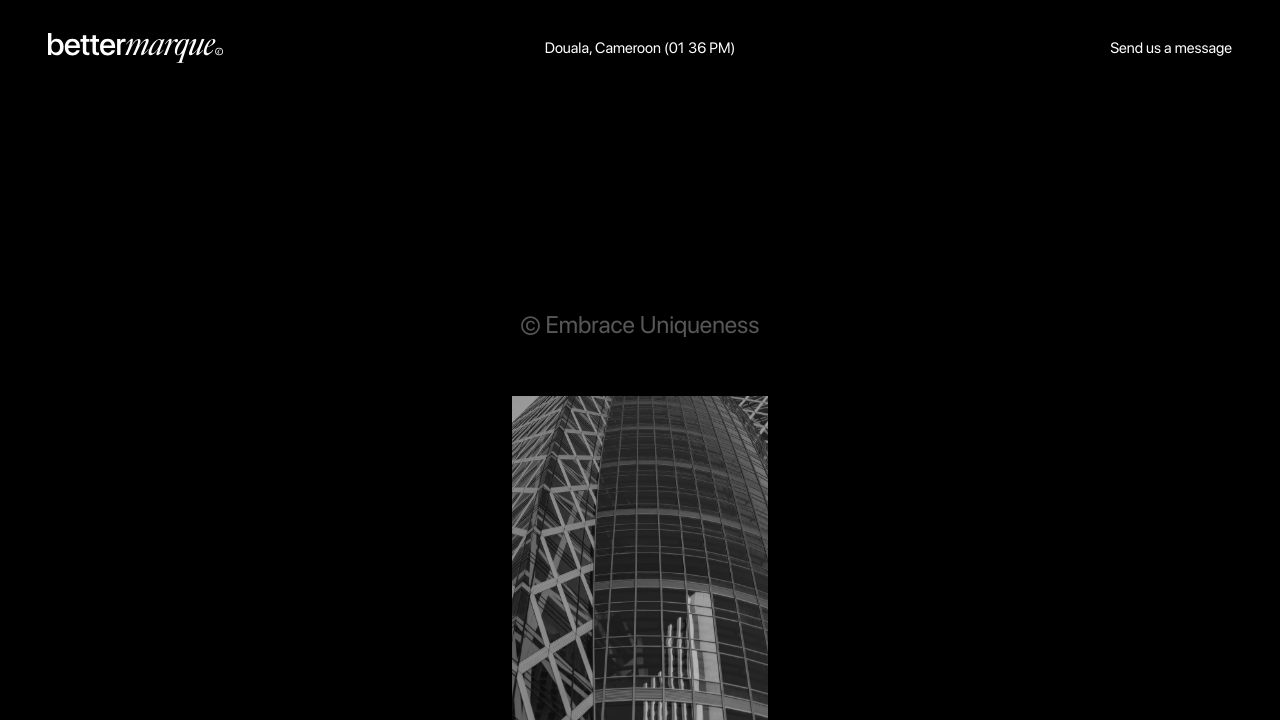
Repository: leswisss/comingsoon
Page: /
An editor plug-in stored every save of this project. The page is shown before and after the next save, followed by the edit.
The browser window is 1280 px wide. The pictures show the whole page.
The project was rebuilt for these pictures with package versions that can differ from the ones it lists, and the page was loaded fresh each time. The framework's server and built-in components were replaced by stand-ins that run in the browser. Also part of the build but not shown: next.config.mjs.

Above is the page before, as saved 2024-06-18 13:49:30.

### app/layout.tsx
import type { Metadata } from "next";
import localFont from "next/font/local";
import "../styles/globals.scss";

const regular = localFont({
  src: "./SF-Pro-Display-Regular.woff",
  display: "swap",
  variable: "--regular-font",
});

const medium = localFont({
  src: "./SF-Pro-Display-Medium.woff",
  display: "swap",
  variable: "--medium-font",
});

const semibold = localFont({
  src: "./SF-Pro-Display-Semibold.woff",
  display: "swap",
  variable: "--semibold-font",
});

const italic = localFont({
  src: "./BigCaslonFB-Italic.woff",
  display: "swap",
  variable: "--italic-font",
});

export const metadata: Metadata = {
  title: "Better Marque - Branding Agency",
  description: "Generated by create next app",
};

export default function RootLayout({
  children,
}: Readonly<{
  children: React.ReactNode;
}>) {
  return (
    <html lang="en">
      <body
        className={`${italic.variable} ${regular.variable} ${medium.variable} ${semibold.variable}`}
      >
        {children}
      </body>
    </html>
  );
}

### app/page.tsx
import { HomePageWrapper } from "@/components";

export default function Home() {
  return (
    <main>
      <HomePageWrapper/>
    </main>
  );
}

### styles/globals.scss
/*=============== VARIABLES SCSS ===============*/
:root {
  --header-height: 6rem;
  --white: white;
  --black: black;
  --grey: #535353;


  /*========== Font and typography ==========*/
  /*.5rem = 8px | 1rem = 16px ...*/
  // --body-font: 'Montserrat', sans-serif;

  --h1-font-size: 3rem;
  --h2-font-size: 2rem;
  --normal-font-size: 1rem;
  --small-font-size: .94rem;
}

/* Responsive typography */
@media screen and (max-width: 1088px) {
  :root {
    --h1-font-size: 2.75rem;
    --h2-font-size: 1.8rem;
    --normal-font-size: 0.96rem;
    --small-font-size: .90rem;
  }
}

@media screen and (max-width: 628px) {
  :root {
    --h1-font-size: 2.5rem;
    --h2-font-size: 1.5rem;
    --normal-font-size: 0.92rem;
    --small-font-size: 0.85rem;
  }
}

/*=============== BASE ===============*/
* {
  box-sizing: border-box;
  padding: 0;
  margin: 0;
  scrollbar-width: none;

  &::-webkit-scrollbar{
    display: none;
  }

}

html {
  scroll-behavior: auto;
  height: auto;
}

body{
  font-family: var(--regular-font);
  font-size: var(--normal-font-size);
  background-color: black;
  color: var(--white);
}


ul {
  list-style: none;
}

a {
  text-decoration: none;
}

img {
  max-width: 100%;
  height: auto;
}


/*=============== REUSABLE CSS CLASSES ===============*/
.container {
  max-width: 1450px;
  margin: 0 auto;
}

.main {
  overflow: hidden;
}


@media screen and (max-width: 1450px) {
  .container {
    max-width: 100%;
    margin: 0 3rem;
  }
}


@media screen and (max-width: 1088px) {
  .container {
    max-width: 100%;
    margin: 0 2rem;
  }
}


@media screen and (max-width: 628px) {
  .container {
    max-width: 100%;
    margin: 0 1rem;
  }
}

### components/index.tsx
import HomePageWrapper from "./HomePageWrapper";
import HeroSection from "./HeroSection";

export {
  HomePageWrapper,
  HeroSection
}

### components/HomePageWrapper.tsx
"use client";

import React, {useState} from 'react'
import HeroSection from './HeroSection'
import Navigation from './Navigation'

const HomePageWrapper = () => {
  const [imageLoaded, setImageLoaded] = useState(false);
  return (
    <>
    <Navigation imageLoaded={imageLoaded}/>
    <HeroSection imageLoaded={imageLoaded} setImageLoaded={setImageLoaded}/>
    </>
  )
}

export default HomePageWrapper

### components/HeroSection.tsx
"use client";

import React, { useRef } from "react";
import Marquee from "./Marquee";
import gsap from "gsap";
import { useGSAP } from "@gsap/react";
import Image from "next/image";
import IMAGE from "../public/background.jpg";
import styles from "../styles/hero.module.scss";

const HeroSection = ({
  imageLoaded,
  setImageLoaded,
}: {
  imageLoaded: boolean;
  setImageLoaded: React.Dispatch<React.SetStateAction<boolean>>;
}) => {
  const slogan =
    "Inspired by uniqueness, driven by aesthetics and committed to growth through innovative solutions.";
  const refs = useRef<HTMLSpanElement[]>([]);
  const heroRef = useRef(null);
  const marqueeRef = useRef(null);
  const clipRef = useRef(null);
  const sloganRef = useRef(null);

  //Animations
  useGSAP(() => {
    const tl = gsap.timeline();

    tl.to(clipRef.current, {
      clipPath: "polygon(0% 0%, 100% 0%, 100% 100%, 0% 100%)",
      duration: 3,
      ease: "expo.in"
    })

    .to(clipRef.current, {
      opacity: 0
    })

    .to(heroRef.current, {
      y: "0%",
      duration: 2,
      ease: "expo.inOut",
    })
      .to(
        heroRef.current,
        {
          clipPath: "polygon(0% 0%, 100% 0%, 100% 100%, 0% 100%)",
          duration: 2,
          ease: "expo.inOut",
        },
        ">"
      )
      .to(marqueeRef.current, {
        opacity: 1,
        x: "0%",
        duration: 3,
        ease: "expo.inOut",
      })

      .to(
        refs.current,
        {
          top: "0%",
          stagger: 0.08,
        },
        ">-1"
      );

    if (imageLoaded) {
      tl.play();
    } else {
      tl.pause();
    }
  }, [imageLoaded]);

  const splitwords = () => {
    let body: JSX.Element[] = [];
    slogan.split(" ").forEach((word, i) => {
      const cleanWord = word.replace(/[.,]/g, "");

      if (["uniqueness", "aesthetics", "growth"].includes(cleanWord)) {
        body.push(
          <p
            key={`word-${i}`}
            className={`${styles.word_wrapper} ${styles.italic}`}
          >
            <span
              className={styles.word}
              ref={(el) => {
                if (el) refs.current.push(el);
              }}
            >
              {word}
            </span>
          </p>
        );
      } else {
        body.push(
          <p key={`word-${i}`} className={styles.word_wrapper}>
            <span
              className={styles.word}
              ref={(el) => {
                if (el) refs.current.push(el);
              }}
            >
              {word}
            </span>
          </p>
        );
      }
    });

    return body;
  };

  return (
    <section className={styles.hero}>
      <div className={styles.hero_image} ref={heroRef}>
        <Image
          src={IMAGE}
          fill
          quality={100}
          alt="Better Marque"
          onLoad={() => setImageLoaded(true)}
        />
      </div>
      <div className={styles.text}>{splitwords()}</div>
      <div className={styles.marquee}>
        <div ref={marqueeRef} className={styles.marqueee}>
          <Marquee />
        </div>
      </div>
      <div className={styles.slogan_wrapper} ref={sloganRef}>
        <div className={styles.s_wrap1}>
          <span className={styles.black}>© Embrace Uniqueness</span>
        </div>
        <div className={styles.s_wrap2} ref={clipRef}>
          <span className={styles.white}>© Embrace Uniqueness</span>
        </div>
      </div>
    </section>
  );
};

export default HeroSection;

### components/Navigation.tsx
"use client";

import React, { useState } from "react";
import HoverAnimation from "./HoverAnimation";
import Clock from "./Clock";
import SideBar from "./SideBar";
import Image from "next/image";
import IMAGE from "../public/wordmark.svg";
import styles from "../styles/navigation.module.scss";

const Navigation = ({imageLoaded}: {imageLoaded: boolean}) => {
  const [activeSideBar, setActiveSideBar] = useState(false);

  return (
    <>
      <nav className={styles.navigation} style={{opacity: imageLoaded ? 1 : 0 , transition: "opacity 1s ease", transitionDelay: "4s"}}>
        <div className={`container ${styles.nav_wrapper}`}>
          <div className={styles.logo_wrapper}>
            <div className={styles.image}>
              <Image
                src={IMAGE}
                quality={100}
                fill
                alt="Better Marque Wordmark"
              />
            </div>
          </div>
          <div className={styles.location_wrapper}>
            <Clock />
          </div>
          <div
            className={styles.button}
            onClick={() => {
              setActiveSideBar((value) => !value);
            }}
          >
            <HoverAnimation text="Send us a message"/>
          </div>
        </div>
      </nav>

      <SideBar
        activeSideBar={activeSideBar}
        setActiveSideBar={setActiveSideBar}
      />
    </>
  );
};

export default Navigation;

### components/Marquee.tsx
"use client";

import React, {useRef} from 'react'
import gsap from 'gsap'
import { useGSAP } from '@gsap/react'
import styles from "../styles/marquee.module.scss"

const Marquee = () => {
  const firstRef = useRef(null);
  const secondRef = useRef(null);
  let xPercent = 0;
  let direction = -1

  useGSAP(() => {
    requestAnimationFrame(animation)
  })

  const animation = () => {
    if (xPercent <= -100){
      xPercent = 0;
    }

    if (xPercent > 0){
      xPercent = -100
    }
    gsap.set(firstRef.current, {xPercent: xPercent})
    gsap.set(secondRef.current, {xPercent: xPercent})
    xPercent += 0.03 * direction;
    requestAnimationFrame(animation)
  }

  return (
    <div className={styles.slider}>
      <div className={styles.coming__wrapper} ref ={firstRef}>
        <p className={styles.soon}>© Coming Soon</p>
        <p className={styles.soon}>© Coming Soon</p>
        <p className={styles.soon}>© Coming Soon</p>
        <p className={styles.soon}>© Coming Soon</p>
        <p className={styles.soon}>© Coming Soon</p>
        <p className={styles.soon}>© Coming Soon</p>
        <p className={styles.soon}>© Coming Soon</p>
        <p className={styles.soon}>© Coming Soon</p>
        <p className={styles.soon}>© Coming Soon</p>
        <p className={styles.soon}>© Coming Soon</p>
      </div>
      <div className={styles.coming__wrapper} ref ={secondRef}>
        <p className={styles.soon}>© Coming Soon</p>
        <p className={styles.soon}>© Coming Soon</p>
        <p className={styles.soon}>© Coming Soon</p>
        <p className={styles.soon}>© Coming Soon</p>
        <p className={styles.soon}>© Coming Soon</p>
        <p className={styles.soon}>© Coming Soon</p>
        <p className={styles.soon}>© Coming Soon</p>
        <p className={styles.soon}>© Coming Soon</p>
        <p className={styles.soon}>© Coming Soon</p>
        <p className={styles.soon}>© Coming Soon</p>
      </div>
    </div>
  )
}

export default Marquee

### styles/hero.module.scss
.hero {
  width: 100vw;
  height: 100vh;
  overflow: hidden;
  position: relative;
}

.hero_image {
  width: 100vw;
  height: 100vh;
  position: relative;
  transform: translateY(100%);
  transform-origin: center center;
  clip-path: polygon(40% 55%, 60% 55%, 60% 100%, 40% 100%);

  img {
    object-fit: cover;
    filter: brightness(0.8);
  }
}

.text {
  position: absolute;
  color: white;
  z-index: 1;
  width: max-content;
  height: max-content;
  top: 50%;
  left: 50%;
  transform: translate(-50%, -50%);
  display: flex;
  flex-wrap: wrap;
  width: 55rem;
  text-align: center;
  justify-content: center;
  align-items: center;

  .word_wrapper {
    font-size: var(--h1-font-size);
    overflow: hidden;
    width: auto;
    height: 56.8px;
    padding: 0 0.3rem;

    &.italic {
      font-family: var(--italic-font);
    }

    .word {
      position: relative;
      top: 100%; // What i will be animating with gsap
    }
  }
}

.marquee {
  position: absolute;
  width: 100%;
  height: max-content;
  bottom: 2.5rem;
  left: 0;
  z-index: 1;
  max-width: 2000px;
  overflow: hidden;

  .marqueee {
    position: relative;
    transform: translateX(100%);
    opacity: 0;
  }
}

.slogan_wrapper {
  position: absolute;
  top: 45%;
  left: 50%;
  transform: translate(-50%, -50%);
  color: white;

  .s_wrap1 {
    font-size: calc(var(--h2-font-size) - 0.5rem);
    color: rgb(87, 87, 87);
  }

  .s_wrap2 {
    font-size: calc(var(--h2-font-size) - 0.5rem);
    position: absolute;
    top: 0;
    left: 0;
    // clip-path: polygon(0% 0%, 100% 0%, 100% 100%, 0% 100%);
    clip-path: polygon(0% 100%, 100% 100%, 100% 100%, 0% 100%);
    color: white;
  }
}

### components/HoverAnimation.tsx
import React from 'react'
import styles from "../styles/hover.module.scss"

const HoverAnimation = ({text}: {text: string}) => {
  return (
    <span className={styles.hover}>{text}</span>
  )
}

export default HoverAnimation

### components/Clock.tsx
"use client";

import { useEffect, useState } from "react";
import { format, toZonedTime } from "date-fns-tz";
import styles from "../styles/clock.module.scss";

const Clock = () => {
  const [time, setTime] = useState("");
  const [showColon, setShowColon] = useState(true);

  useEffect(() => {
    const timeZone = "Africa/Abidjan"; //used Abidjan because Douala is 1 hour ahead here and I dont know why

    const updateClock = () => {
      const now = new Date();
      const zonedTime = toZonedTime(now, timeZone);
      const formattedTime = format(zonedTime, "hh:mm a", { timeZone });
      setTime(formattedTime);
    };

    const toggleColon = () => {
      setShowColon((prev) => !prev);
    };

    updateClock();
    const timeIntervalId = setInterval(updateClock, 1000);
    const colonIntervalId = setInterval(toggleColon, 1000);

    return () => {
      clearInterval(timeIntervalId);
      clearInterval(colonIntervalId);
    };
  }, []);

  return (
    <p className={styles.time}>
      Douala, Cameroon ({time.slice(0, 2)}
      <span className={showColon ? "" : styles.blink}>:</span>
      {time.slice(3)})
    </p>
  );
};

export default Clock;

### styles/navigation.module.scss
.navigation{
  width: 100%;
  height: var(--header-height);
  position: fixed;
  top: 0;
  left: 0;
  background-color: transparent;
  z-index: 10;
  font-size: var(--small-font-size);
}

.nav_wrapper{
  height: var(--header-height);
  display: flex;
  justify-content: space-between;
  align-items: center;
  position: relative;

  .logo_wrapper{
    width: 175px;
    aspect-ratio: 200/35.0791;
    overflow: hidden;
    position: relative;

    .image{
      width: 100%;
      height: 100%;
      position: relative;

      img{
        object-fit: cover;
      }
    }

  }

  .location_wrapper{
    position: absolute;
    top: 50%;
    left: 50%;
    transform: translate(-50%, -50%);
  }

  .button{
    cursor: pointer;
  }
}

### styles/marquee.module.scss
.slider{
  position: relative;
  display: flex;
  flex-wrap: nowrap;
}

.coming__wrapper{
  display: flex;
  white-space: nowrap;
  flex-wrap: nowrap;

  .soon{
    margin-right: 5rem;
    font-size: calc(var(--h2-font-size) - 0.6rem);
  }
}

### styles/hover.module.scss
.hover{
  font-size: var(--small-font-size);
  cursor: pointer;
  position: relative;
  width: max-content;
  padding-bottom: 3px;

  &:hover{
    &::after{
      transform: scaleX(1);
      transform-origin: bottom left;
    }
  }

  &::after {
    content: "";
    width: 100%;
    position: absolute;
    height: 1px;
    background-color: #fff;
    transform: scaleX(0);
    transform-origin: bottom right;
    left: 0;
    bottom: 0;
    transition: transform 0.5s cubic-bezier(0.82, 0, 0, 1);
  }
}

### styles/clock.module.scss
/* styles.module.css */
.blink {
  visibility: hidden;
}

.time {
  white-space: nowrap;
}

### animations/index.ts
export const scaleAnimation = {
  initial: { opacity: 0, x: "30%", y: "50%" },

  enter: {
    opacity: 1,
    x: "30%",
    y: "50%",
    transition: { duration: 0.5, ease: [0.7, 0, 0.3, 1] },
  },

  closed: {
    opacity: 0,
    x: "30%",
    y: "50%",
    transition: { duration: 0.5, ease: [0.7, 0, 0.3, 1] },
  },
};

export const opacityAnimation = {
  initial: { opacity: 0 },

  enter: {
    opacity: 1,
    transition: { duration: 1, ease: [0, 0, 1, 1], delay: 1 },
  },

  closed: {
    opacity: 0,
    transition: { duration: 1, ease: [0., 0, 1, 1], delay: 1 },
  },
};

### components/Contacts.tsx
"use client";

import React, { useRef, useState } from "react";
import { motion } from "framer-motion";
import gsap from "gsap";
import { scaleAnimation } from "@/animations";
import { useGSAP } from "@gsap/react";
import TextCopy from "./TextCopy";
import styles from "../styles/contacts.module.scss";

const Contacts = () => {
  const textContent = [
    {
      header: "General Inquiries",
      text: "hello@bettermarque.com",
    },
    {
      header: "Phone",
      text: "00237 654 570 096",
    },
  ];

  const boundaryRef = useRef<HTMLDivElement>(null);
  const [cursor, setCursor] = useState({ active: false, index: -1 });

  //Handling with
  const [copyStatus, setCopyStatus] = useState({ copied: false, index: -1});
  return (
    <div className={styles.content} ref={boundaryRef}>
      {textContent.map((data, i) => (
        <TextCopy
          key={i}
          header={data.header}
          text={data.text}
          setCursor={setCursor}
          index={i}
          cursor={cursor}
          setCopyStatus={setCopyStatus}
          copyStatus={copyStatus}
        />
      ))}
      <Cursor boundary={boundaryRef} cursor={cursor}  copyStatus={copyStatus}/>
    </div>
  );
};

export default Contacts;

const Cursor = ({ boundary, cursor, copyStatus }: { boundary: any; cursor: any; copyStatus: any }) => {
  const cursorRef = useRef<HTMLDivElement>(null);

  useGSAP(() => {
    //Move cursor
    let xMoveCursor = gsap.quickTo(cursorRef.current, "left", {
      duration: 0.2,
      ease: "power3",
    });

    let yMoveCursor = gsap.quickTo(cursorRef.current, "top", {
      duration: 0.2,
      ease: "power3",
    });

    if (boundary.current) {
      boundary.current.addEventListener("mousemove", (e: MouseEvent) => {
        const boundaryRect = boundary.current.getBoundingClientRect();
        const { clientX, clientY } = e;

        const xPosition = clientX - boundaryRect.left;
        const yPosition = clientY - boundaryRect.top;


        xMoveCursor(xPosition);

        yMoveCursor(yPosition);
      });
    }
  }, [boundary]);

  //Const text to show
  const textToShow = copyStatus.copied && copyStatus.index === cursor.index ? "Copied" : !copyStatus.copied && cursor.index === 0 || copyStatus.copied && copyStatus.index !== 0 ? "Copy Email" : !copyStatus.copied && cursor.index === 1 || copyStatus.copied && copyStatus.index !== 1 ? "Copy Number" : "Error"

  return (
    <motion.div
      className={styles.cursor}
      ref={cursorRef}
      variants={scaleAnimation}
      initial="initial"
      animate={cursor.active ? "enter" : "closed"}
    >
      <span>{textToShow}</span>
    </motion.div>
  );
};

### styles/sidebar.module.scss
.sidebar {
  width: 100vw;
  height: 100dvh;
  position: fixed;
  top: 0;
  right: 0;
  z-index: 20;
  overflow: hidden;
  background-color: #080808;
  pointer-events: none;
  clip-path: polygon(100% 0%, 100% 0%, 100% 100%, 100% 100%);
  transition: clip-path 0.5s cubic-bezier(0.82, 0, 0, 1);
}

.sidebar_wrapper{
  width: 100vw;
  height: 100dvh;
  min-width: 100vw;
}

.side__container {
  height: 100dvh;
  padding: 2rem 0 3rem;
  display: flex;
  flex-direction: column;
  justify-content: space-between;
}

.header {
  width: 100%;
  display: flex;
  justify-content: space-between;
  align-items: flex-start;
}

.image {
  width: 50px;
  aspect-ratio: 100/112.7538;
  position: relative;

  img {
    object-fit: cover;
  }
}

.button {
  cursor: pointer;
}

.content {
  height: calc(87vh - 5rem);
  width: 100%;
  display: flex;
  justify-content: space-between;
  align-items: flex-start;

  .left__content,
  .right__content {
    width: 50%;
    height: 100%;
    display: flex;
    flex-direction: column;
    justify-content: space-between;
    align-items: flex-start;
  }

  .left__content {
    .getin {
      font-size: calc(var(--h1-font-size) + 0.5rem);
    }

    .getintext {
      font-size: calc(var(--h2-font-size) + 0.5rem);

      span {
        font-family: var(--italic-font);
      }
    }
  }

  .right__content {
    .right_top {
      position: relative;
    }

    .right_bottom {
      display: flex;
      flex-direction: column;
      gap: 0.7rem;
      position: relative;
      top: -10px;

      .grey {
        color: var(--grey);
        text-transform: uppercase;
        font-size: calc(var(--small-font-size) - 0.1rem);
      }

      .socials {
        display: flex;
        gap: 3rem;

        a {
          color: white;
        }
      }
    }
  }
}

### components/TextCopy.tsx
import React from "react";
import styles from "../styles/textcopy.module.scss";

const TextCopy = ({ header, cursor, text, setCursor, index, copyStatus, setCopyStatus }: { header: string; text: string; setCursor: any; index: number; cursor: any; copyStatus: any; setCopyStatus: any }) => {
  const handleCopy = () => {
    navigator.clipboard.writeText(text)
      .then(() => {
        setCopyStatus({copied: true, index: index});
      })
      .catch((err) => {
        setCopyStatus({copied: false, index: -1});
      });
  };

  return (
    <>
      <div className={styles.text_container} onMouseEnter={() => setCursor({active: true, index: index})} onMouseLeave={() => {setCursor({active: false, index: index})}}>
        <span className={styles.grey}>{header}</span>
        <p className={`${styles.text} ${cursor.index === index || !cursor.active ? "" : styles.not_active}`} onClick={handleCopy}>{text}</p>
      </div>
    </>
  );
};

export default TextCopy;

### styles/contacts.module.scss
.content {
  display: flex;
  flex-direction: column;
  gap: 2rem;
}

.cursor{
  width: 100px;
  height: 20px;
  background-color: rgb(217, 217, 217);
  display: grid;
  place-items: center;
  position: absolute;
  z-index: 2;
  pointer-events: none;

  span{
    font-size: calc(var(--small-font-size) - 0.3rem);
    color: black;
    letter-spacing: 0.05rem;
    text-transform: uppercase;
  }
}

### styles/textcopy.module.scss
.text_container{
  display: flex;
  flex-direction: column;
  gap: 0.3rem;
  position: relative;
}

.grey{
  color: var(--grey);
  text-transform: uppercase;
  font-size: calc(var(--small-font-size) - 0.1rem);
}

.text{
  font-size: var(--h1-font-size);
  cursor: pointer;
  width: max-content;
  transition: color 0.5s ease;

  &.not_active{
    color: var(--grey)
  }
}

Loaded but not shown: components/SideBar.tsx (102 lines, source omitted)

After the next save:
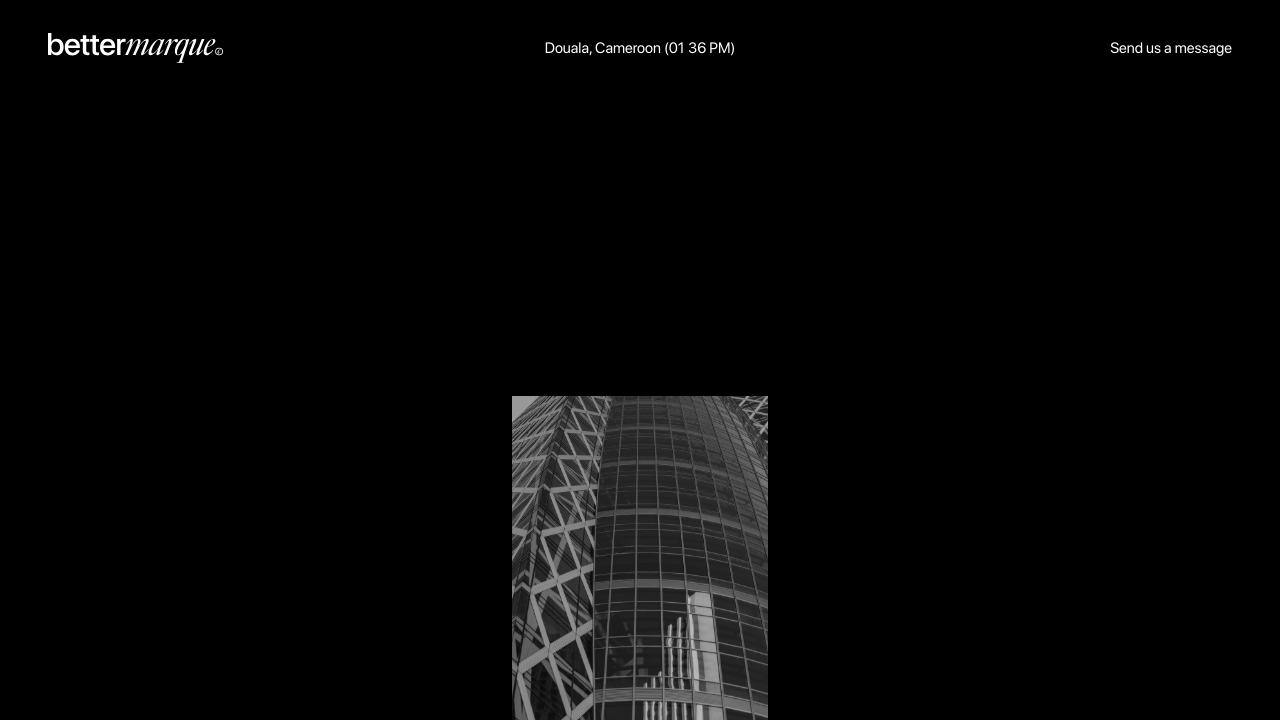
Saved 5 s later.
--- a/components/HeroSection.tsx
+++ b/components/HeroSection.tsx
@@ -33,7 +33,7 @@
       ease: "expo.in"
     })
 
-    .to(clipRef.current, {
+    .to(sloganRef.current, {
       opacity: 0
     })
 
